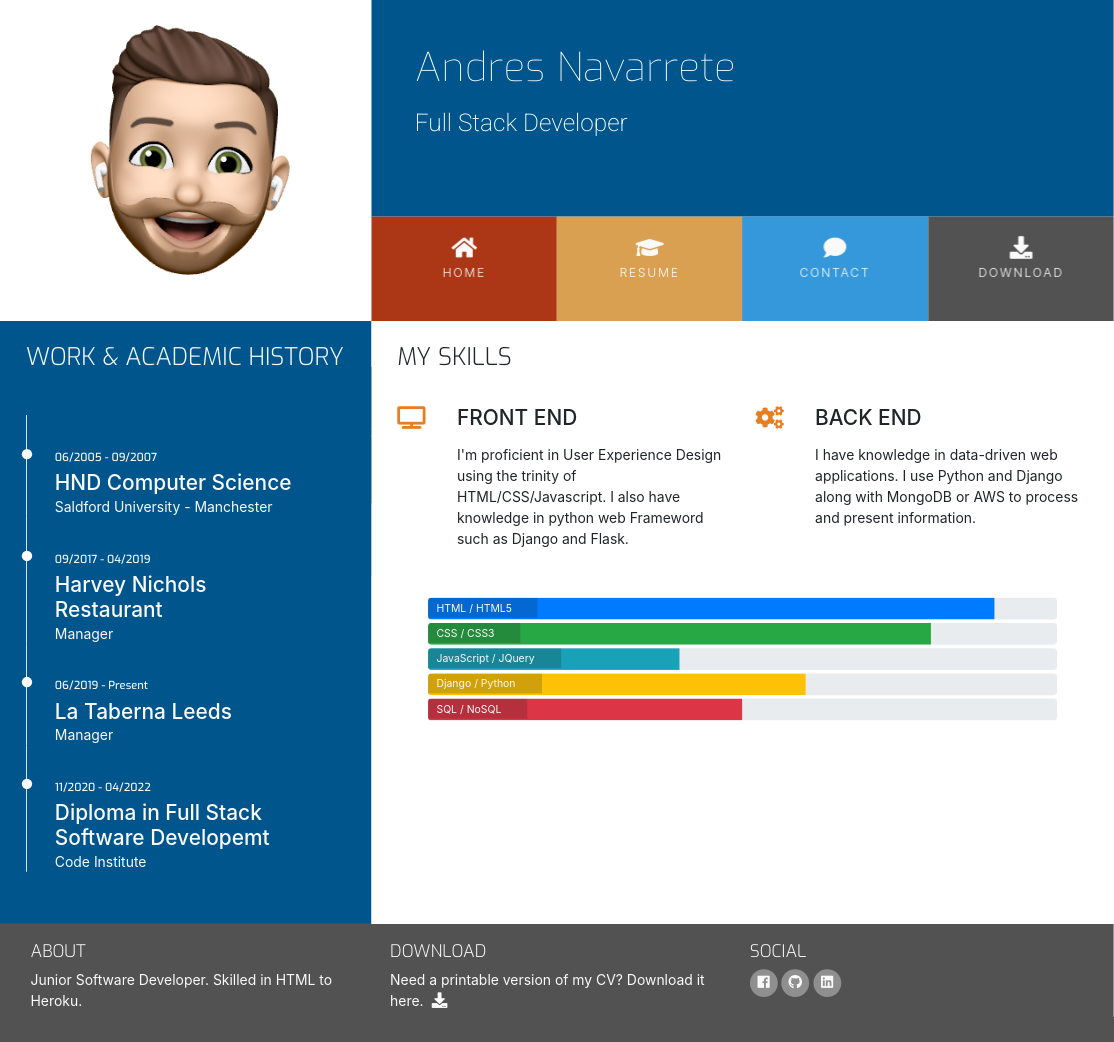
Repository: andna5980/cloud9-workspace
Page: resume.html
These files come from the project's save history. The page is drawn as it stood at one moment and after the next save; the edit follows.
The browser window is 1280 px wide. The pictures show the whole page, at 87% of full size.
Some web libraries are served in a nearby version.

Above is the page before, as saved 2022-04-24 10:39:13.

After the next save:
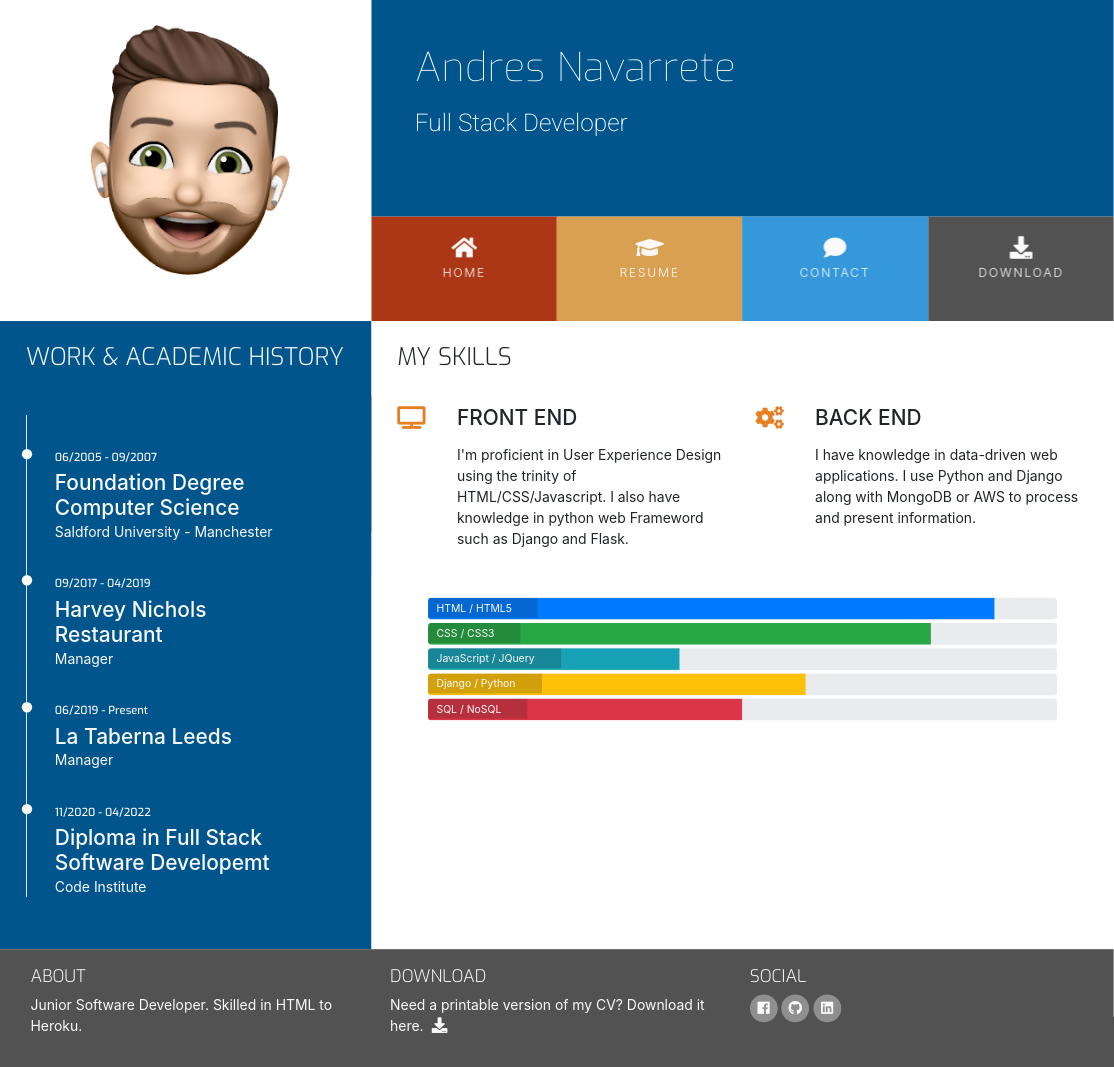
Saved 35 min 14 s later.
--- a/resume.html
+++ b/resume.html
@@ -67,7 +67,7 @@
                 </div>
                 <div class="history-items">
                     <div class="timeline-item" data-dates="06/2005 - 09/2007">
-                        <h4>HND Computer Science</h4>
+                        <h4>Foundation Degree Computer Science</h4>
                         <p>Saldford University - Manchester</p>
                     </div>
                     <div class="timeline-item" data-dates="09/2017 - 04/2019">
